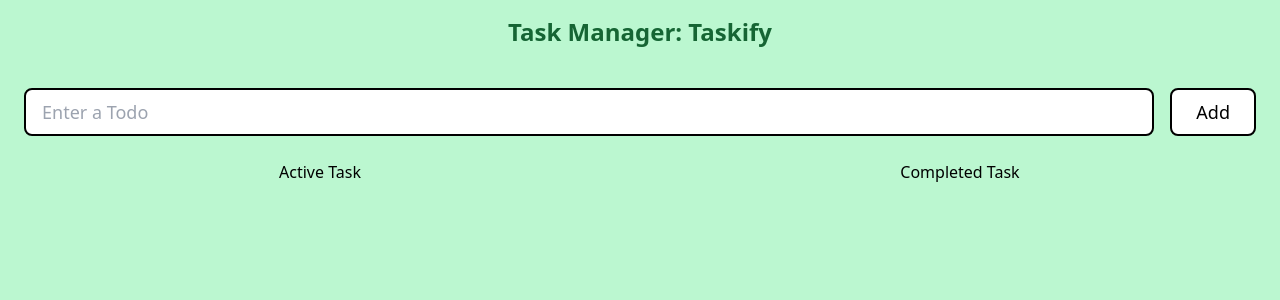
Repository: Dineshbhandari2023/Todo
Page: /
These files come from the project's save history. The page is drawn as it stood at one moment and after the next save; the edit follows.
The browser window is 1280 px wide. The pictures show the whole page.
Some web fonts or font styles are not loaded; a fallback is used. The project was rebuilt for these pictures with package versions that can differ from the ones it lists, and the page was loaded fresh each time. Also part of the build but not shown: src/Components/SingleTodo.tsx.

Above is the page before, as saved 2025-06-19 22:00:11.

After the next save:
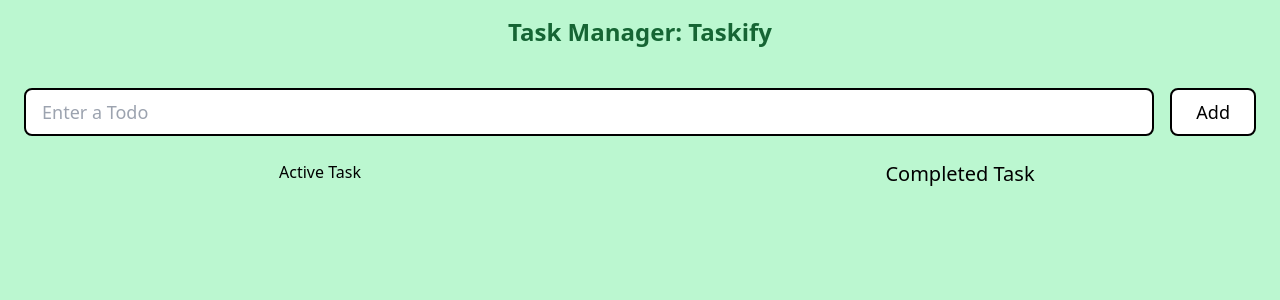
Saved 9 s later.
--- a/src/Components/TodoList.tsx
+++ b/src/Components/TodoList.tsx
@@ -24,7 +24,7 @@ const TodoList = ({ todos, setTodos }: Props) => {
         </div>
       </div>
       <div className="w-2/4">
-        <h1 className="text-center">Completed Task</h1>
+        <h1 className="text-center text-xl">Completed Task</h1>
         <div>
           {todos.map((todo) => (
             <SingleTodo
